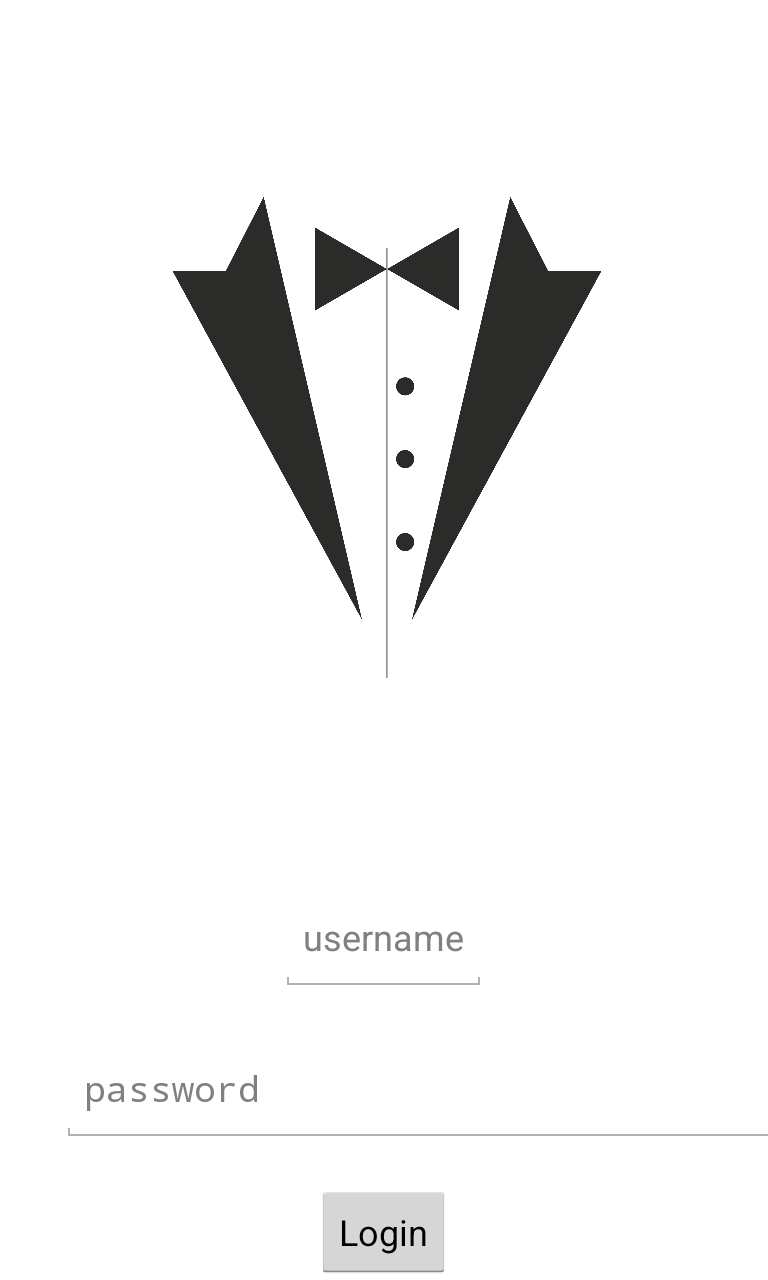
Repository: oszalex/SpryAndroid
Layout: android/Bro/res/layout/activity_main.xml
The author's editor kept a copy of each file at every save. The layout is drawn from the files as they stood at one save, then again after a run of saves.
It is drawn on a 768 x 1280 px phone screen (xhdpi) without system bars, with theme AppTheme; the app's code is not run.

Above is the layout before, as saved 2014-01-21 16:30:24.

After the next 2 saves:
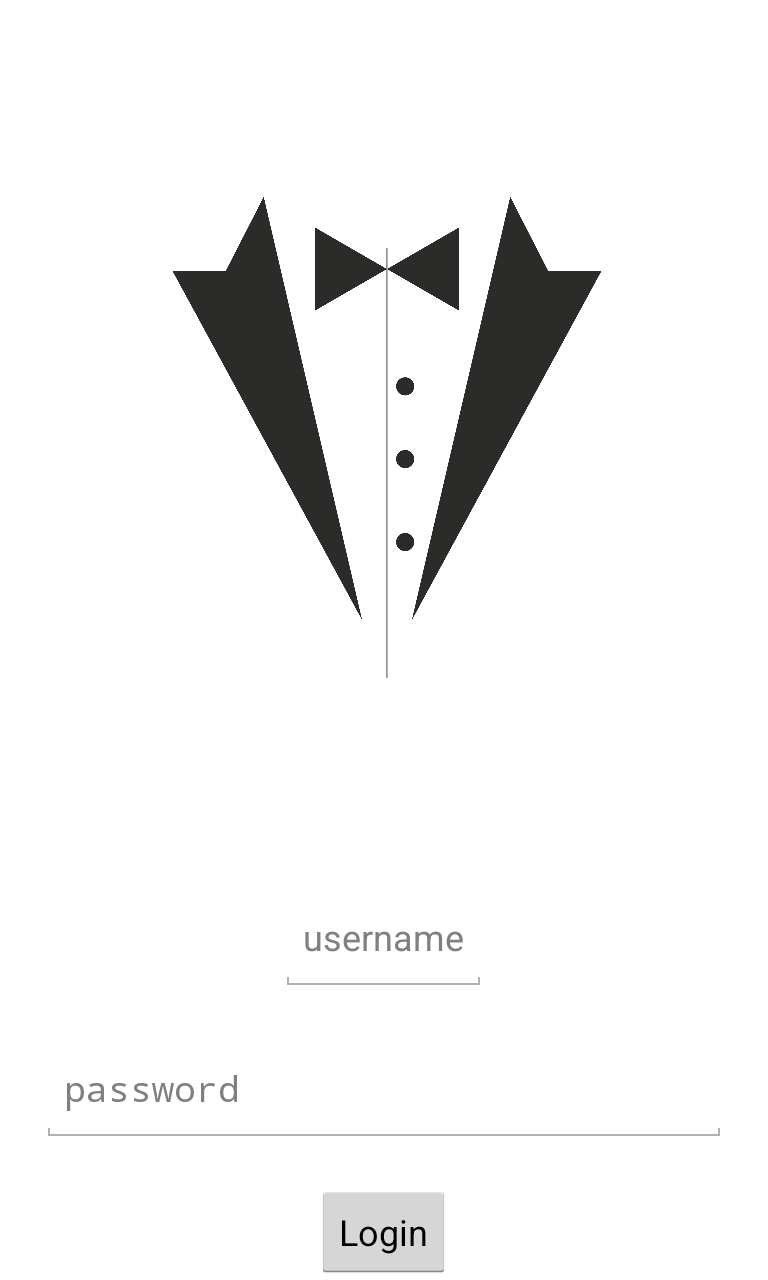
The 2 saves are shown as one change because they came seconds apart.
The last was saved 26 s later.
--- a/android/Bro/res/layout/activity_main.xml
+++ b/android/Bro/res/layout/activity_main.xml
@@ -28,6 +28,7 @@
         android:layout_height="0dp"
         android:layout_gravity="center_horizontal"
         android:layout_marginLeft="20dp"
+        android:layout_marginRight="20dp"
         android:layout_marginTop="20dp"
         android:layout_weight="1"
         android:hint="@string/edit_password"
